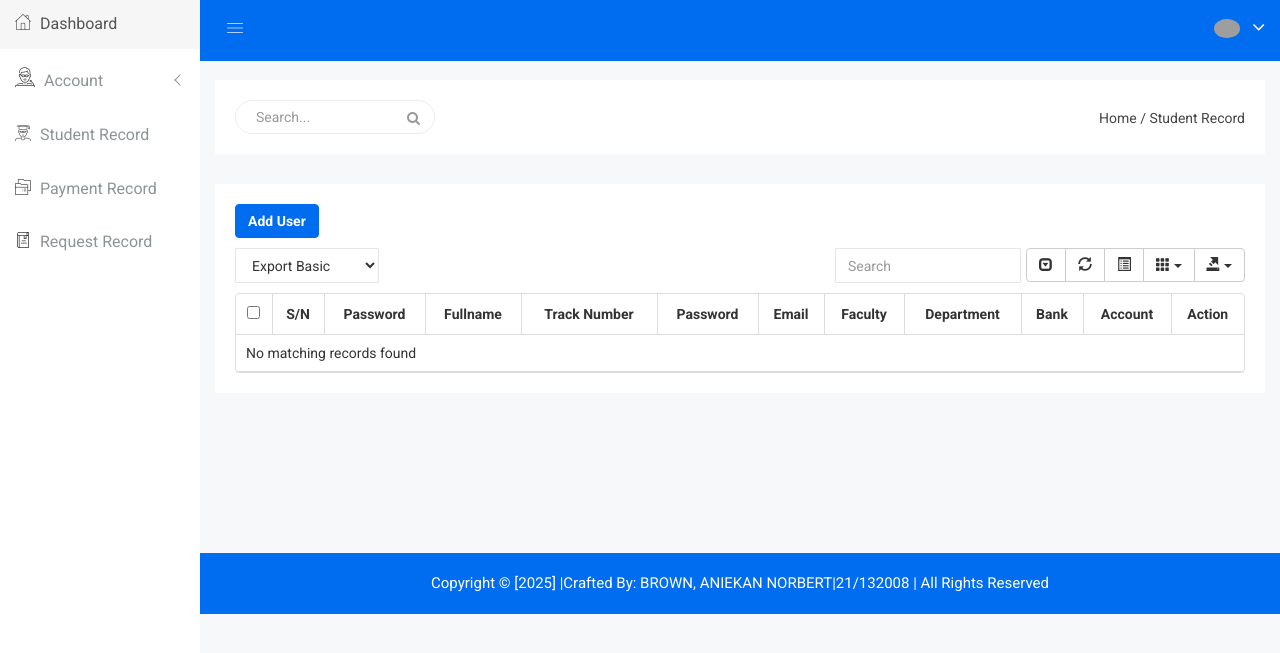
Repository: walterjnr1/crowdfunding-system
Page: http://localhost/crowdfunding/Admin/student_record.php
These files come from the project's save history. The page is drawn as it stood at one moment and after the next save; the edit follows.
The browser window is 1280 px wide. The pictures show the whole page.
Pictures or frames that could not be fetched are drawn as grey boxes. The page is run by PHP 8.4 with error messages shown; the project is at /var/www/html/. The session is filled in as if someone had signed in: {"login_email": "test@example.com", "logged": 1741212879}. Queries for data that is not in the repository find no rows.

Above is the page before, as saved 2025-03-05 23:04:28.
Console error (its wording comes from the project's code and is left out).

After the next save:
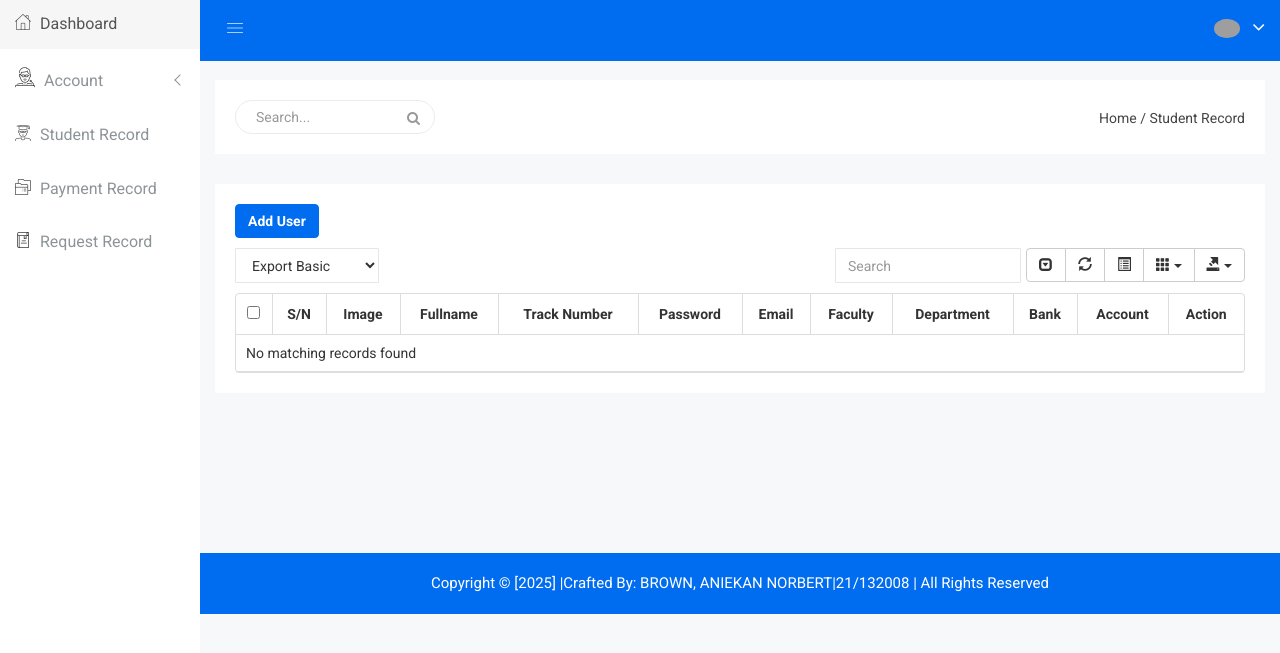
Saved 4 s later.
--- a/Admin/student_record.php
+++ b/Admin/student_record.php
@@ -162,7 +162,7 @@ else {return false;
                                             <tr>
                                                 <th data-field="state" data-checkbox="true"></th>
                                                 <th data-field="id"><div align="center">S/N</div></th>
-                                                <th data-field="password" data-editable="true"><div align="center">Password</div></th>
+                                                <th data-field="password" data-editable="true"><div align="center">Image</div></th>
 
                                                 <th data-field="fullname" data-editable="true"><div align="center">Fullname</div></th>
                                                 <th data-field="password" data-editable="true"><div align="center">Track Number</div></th>
